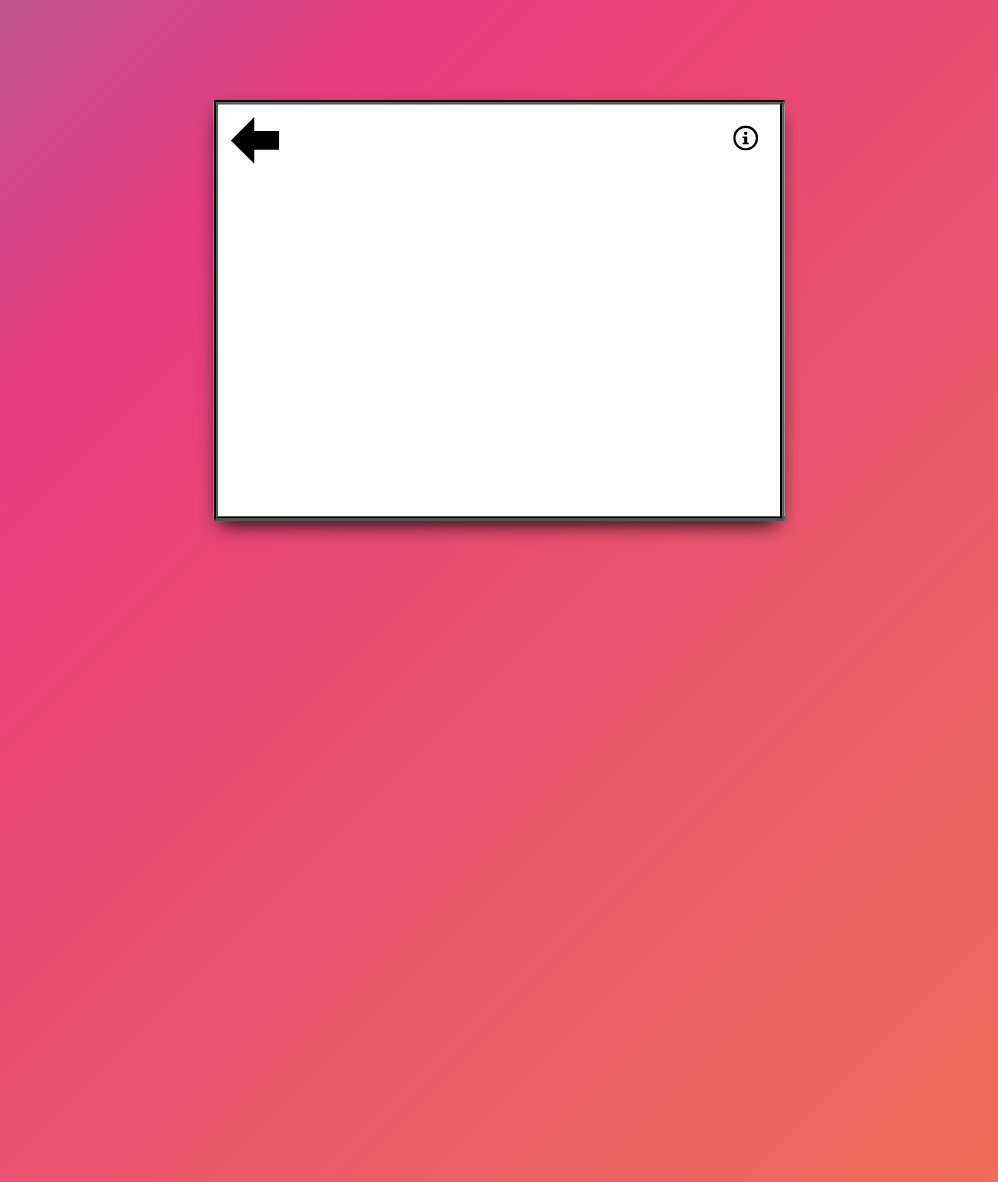
Repository: PatrickTheCodeGuy/QuizApp
Page: /newGame (app in quizapp/)
The author's editor kept a copy of each file at every save. The page is drawn from the files as they stood at one save, then again after the next save.
The browser window is 1280 px wide. The pictures show the whole page, at 78% of full size.
The project was rebuilt for these pictures with package versions that can differ from the ones it lists, and the page was loaded fresh each time. A package was used in the major version that the imports need, not the one package.json lists. Also part of the build but not shown: quizapp/src/App.css, quizapp/src/components/Leaderboard/Leaderboard.css, quizapp/src/components/Leaderboard/Leaderboard.js, quizapp/src/components/StartMenu/StartMenu.js, quizapp/src/App.js.

Above is the page before, as saved 2021-07-08 20:22:07.

### quizapp/src/index.js
import React from 'react';
import ReactDOM from 'react-dom';
import './index.css';
import App from './App';
import GameInfo from './components/GameInfo/GameInfo';
import reportWebVitals from './reportWebVitals';
import {
  BrowserRouter as Router,
  Switch,
  Route,
  Link
} from "react-router-dom";

ReactDOM.render(
  <React.StrictMode>
    <Router>
          <Switch>
              <Route exact path="/" component={App}/>
              <Route path="/newGame" component={GameInfo}/>
          </Switch>
      </Router>
  </React.StrictMode>,
  document.getElementById('root')
);

// If you want to start measuring performance in your app, pass a function
// to log results (for example: reportWebVitals(console.log))
// or send to an analytics endpoint. Learn more: https://bit.ly/CRA-vitals
reportWebVitals();

### quizapp/src/index.css
body {
  margin: 0;
  font-family: -apple-system, BlinkMacSystemFont, 'Segoe UI', 'Roboto', 'Oxygen',
    'Ubuntu', 'Cantarell', 'Fira Sans', 'Droid Sans', 'Helvetica Neue',
    sans-serif;
  -webkit-font-smoothing: antialiased;
  -moz-osx-font-smoothing: grayscale;
  background: linear-gradient(-45deg, #ee7752, #e73c7e, #23a6d5, #23d5ab);
    background-size: 400% 400%;
    animation: gradient 15s ease infinite;
}

code {
  font-family: source-code-pro, Menlo, Monaco, Consolas, 'Courier New',
    monospace;
}
html, body, #app, #app>div {
  width: 100%;
  height:100%;
}

hr.rounded {
  border-top: 5px solid black;
    border-radius: 1px;
    width: 55%;
}

#root{
  display:flex;
}


@keyframes gradient {
    0% {
        background-position: 0% 50%;
    }
    50% {
        background-position: 100% 50%;
    }
    100% {
        background-position: 0% 50%;
    }
}

### quizapp/src/components/GameInfo/GameInfo.js
import React, { useState } from 'react';
import './GameInfo.css';
import {
	Link
} from 'react-router-dom';
import{ ImArrowLeft, ImInfo }from 'react-icons/im';
import Modal from 'react-modal';


function GameInfo() {
	// Fix for screen readers getting an error on modal mount
	Modal.setAppElement('#root');

	// Modal hook
	const [modalIsOpen, setModalIsOpen] = useState(false);
    return(
        <div className="gameInfo-container">
            <div className="gameInfo-header">
                <Link className="back-button" to="/">
																		<ImArrowLeft size={64} className="back-arrow"/>
																</Link>
																<button class="modal-button"onClick={() => setModalIsOpen(true)}>
																	<ImInfo size={32} className="info-icon"/>
																</button>
																<Modal onRequestClose={() => setModalIsOpen(false)} isOpen={modalIsOpen}>
																		<h1>Modal is Open</h1>
																</Modal>
            </div>
            <div className="gameInfo-body">

            </div>

												</div>
    )
}

export default GameInfo;

### quizapp/src/components/GameInfo/GameInfo.css
.gameInfo-container{
    border: 6px groove black;
    text-align: center;
    background-color: white;
    box-shadow: 0px 12px 25px -8px #000000;
    width: 45em;
    height: 33em;
    margin: 10% auto;
}

.back-button {
    margin-left: 2%;
    margin-top: 2%;
    color: rgb(0, 0, 0);
}

.back-button:hover {
    color: rgba(26, 26, 26, 0.749);
    transform: translateY(2px);
}

.modal-button{
    border: none;
    width: 45px;
    height: 45px;
    margin-right: 3%;
    margin-top: 3%;
    background:white;
    color: black;
}

.modal-button:hover {
    color: rgba(40, 40, 40, 0.811);
    transform: translateY(2px);
}

.gameInfo-header{
    display: flex;
    justify-content: space-between;
}

### quizapp/src/components/StartMenu/StartMenu.css
.menu-text{
    font-family: 'Pacifico', cursive;
    font-size: 8em;
    letter-spacing: 0.09em;
    margin-top: 0%;
}

.regular-text{
    font-family:fantasy;
    font-weight:900;
    font-size: 1.4em;
    margin-bottom: 10%;
}

.button-start{
    padding: 20px 50px;
    font-family: 'Press Start 2P', cursive;
    height: 12%;
    background: linear-gradient(-42deg, #ee7752, #e73c7e, #23a6d5, #23d5ab);
    background-size: 400% 400%;
    animation: gradient 13s ease infinite;
    margin-top: 5%;
    color: white;
    border: none;
    font-size: x-large;
    font-weight: 600;
    transition: background-color 0.1s ease;
}

.button-start:hover{
    background: linear-gradient(-42deg, #a45137, #91254e, #15607b, #158268);
    background-size: 400% 400%;
    animation: gradient 13s ease infinite;
    color: black;
}

.button-start:active {
    border: 2px solid rgba(0, 0, 0, 0.564);
    background: white;
    color: rgb(43, 43, 43);
    transform: translateY(4px);
}

.menu-container{
    border: 6px groove black;
    text-align: center;
    background-color: white;
    box-shadow: 0px 12px 25px -8px #000000;
    width: 45em;
    height: 33em;
    margin: 20% 15%;
}

Loaded but not shown: quizapp/src/reportWebVitals.js (common file)

After the next save:
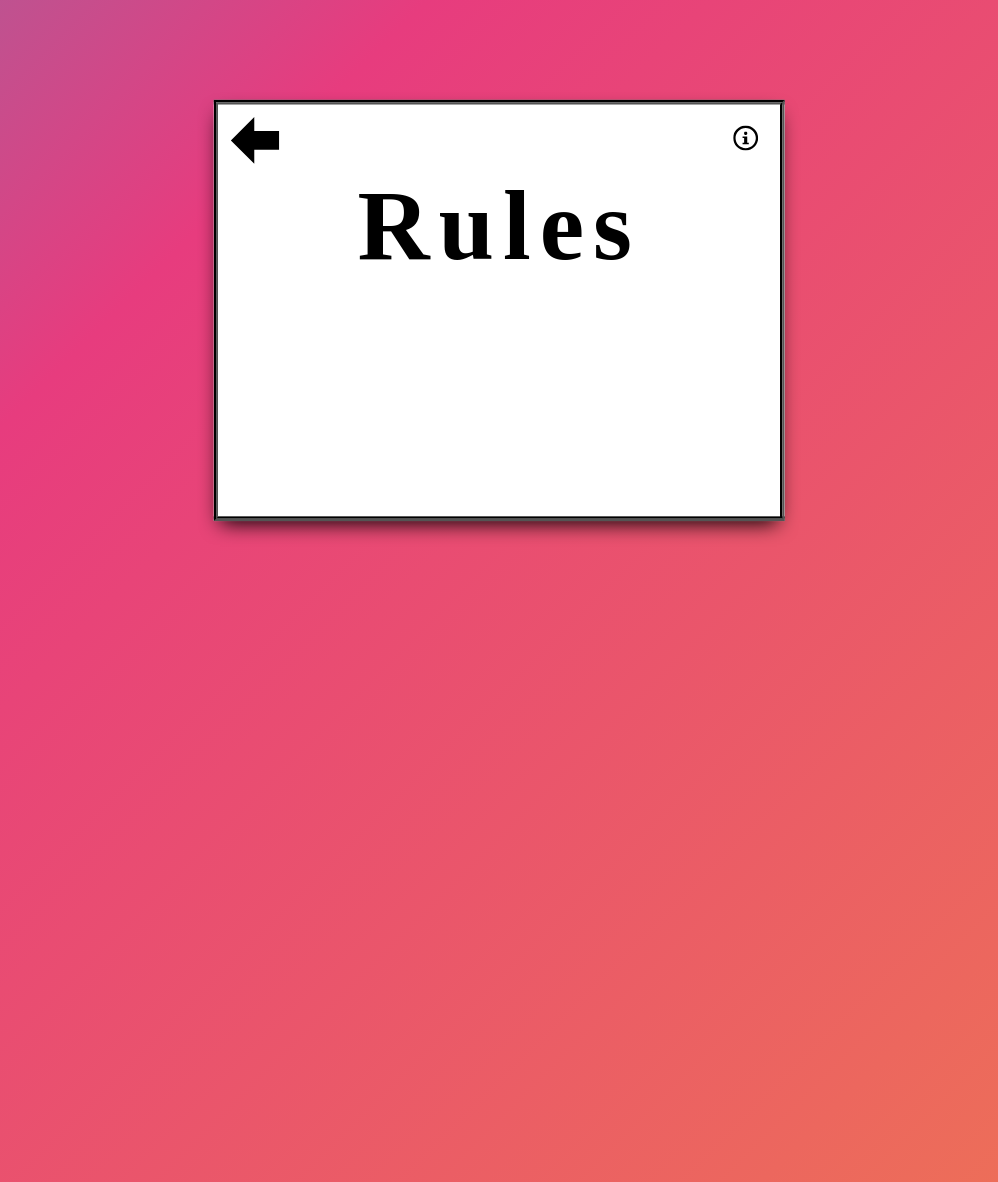
Saved 45 s later.
--- a/quizapp/src/components/GameInfo/GameInfo.js
+++ b/quizapp/src/components/GameInfo/GameInfo.js
@@ -27,7 +27,7 @@
 																</Modal>
             </div>
             <div className="gameInfo-body">
-
+																<h5 class="menu-text">Rules</h5>
             </div>
 
 												</div>

After the save that followed:
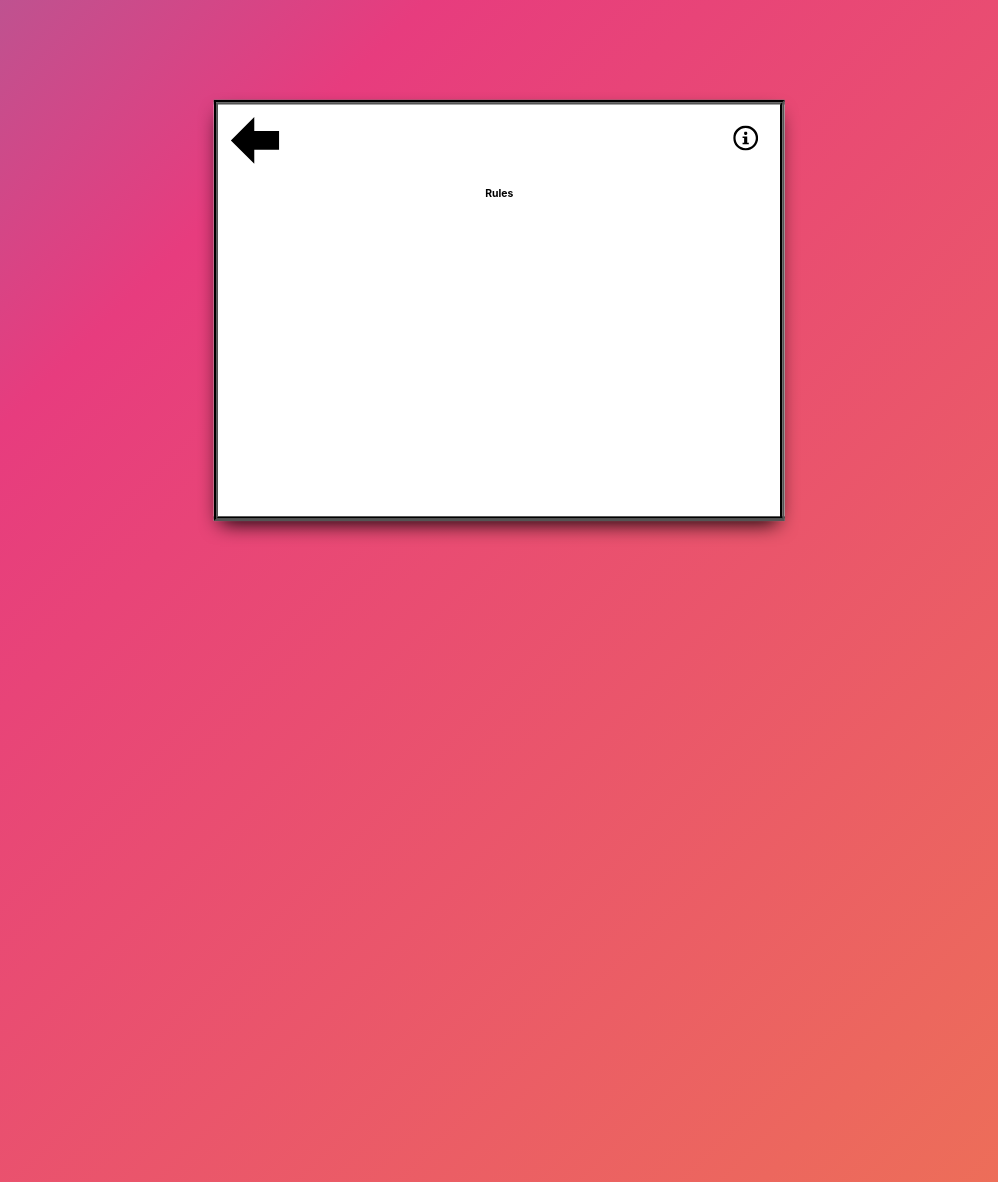
Saved 67 s later.
--- a/quizapp/src/components/GameInfo/GameInfo.js
+++ b/quizapp/src/components/GameInfo/GameInfo.js
@@ -27,7 +27,7 @@
 																</Modal>
             </div>
             <div className="gameInfo-body">
-																<h5 class="menu-text">Rules</h5>
+																<h5 class="rules-text">Rules</h5>
             </div>
 
 												</div>
